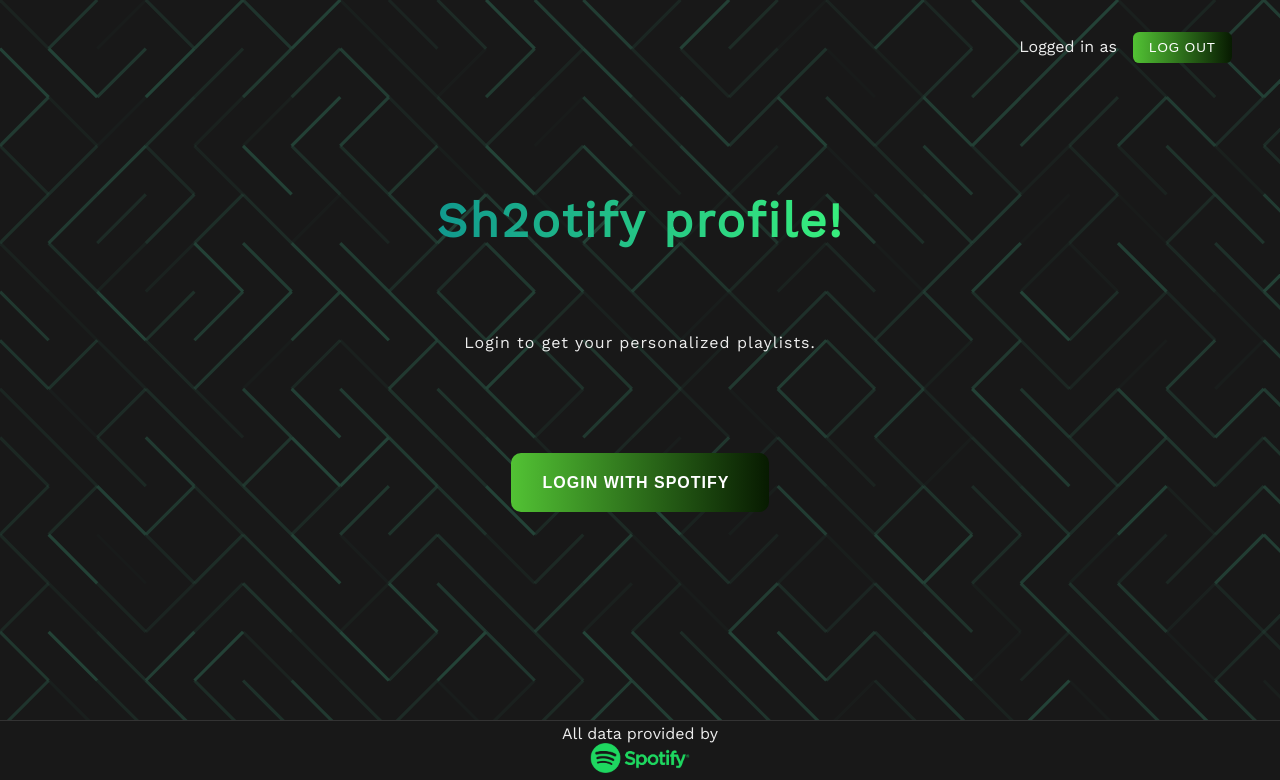
Repository: kirpister/Spotify-profile
Page: /
An editor plug-in stored every save of this project. The page is shown before and after the next save, followed by the edit.
The browser window is 1280 px wide. The pictures show the whole page.
The project was rebuilt for these pictures with package versions that can differ from the ones it lists, and the page was loaded fresh each time.

Above is the page before, as saved 2023-03-08 10:57:09.

### public/index.html
<!DOCTYPE html>
<html lang="en">
  <head>
    <meta charset="utf-8" />
    <link rel="icon" href="%PUBLIC_URL%/favicon.ico" />
    <meta name="viewport" content="width=device-width, initial-scale=1" />
    <meta name="theme-color" content="#000000" />
    <meta
      name="description"
      content="Web site created using create-react-app"
    />

    <title>Own Spotify App</title>
  </head>
  <body>
    <noscript>You need to enable JavaScript to run this app.</noscript>
    <div id="root"></div>
  </body>
</html>

### src/index.tsx
import ReactDOM from "react-dom/client";
import "./index.css";
import App from "./App";
const root = ReactDOM.createRoot(
  document.getElementById("root") as HTMLElement
);
root.render(<App />);

### src/index.css
@import url("https://fonts.googleapis.com/css2?family=Work+Sans&display=swap");

* {
  margin: 0;
  padding: 0;
  overscroll-behavior: none;
  box-sizing: border-box;
}

body {
  background: #181818;
  color: rgb(237, 237, 237);
  font-family: "Work Sans", sans-serif;
}

h2 {
  letter-spacing: 2px;
  font-size: 3rem;
  background: linear-gradient(to right, #11998e, #38ef7d);
  -webkit-background-clip: text;
  -webkit-text-fill-color: transparent;
  background-clip: text;
  color: transparent;
}

h3 {
  font-size: 1.5rem;
  margin-bottom: 3rem;
  margin-left: 1rem;
  letter-spacing: 2px;
}

h4 {
  text-align: center;
}

p {
  display: inline-block;
}

li p {
  font-size: 1.2rem;
}

li {
  list-style: decimal;
  font-size: 1.3rem;
}

a {
  color: #fff;
}

.heading {
  backdrop-filter: blur(10px);
  padding: 1rem;
}

footer {
  border-top: 1px solid #333;
  padding: 0.2rem;
  text-align: center;
}

footer img {
  width: 100px;
  height: auto;
}

/* BUTTONS */

button p {
  font-weight: bold;
  font-family: Arial, Helvetica, sans-serif;
  margin-right: 0.5rem;
  font-size: 1rem;
}

button {
  background-image: linear-gradient(
    to right,
    #52c234 0%,
    #061700 51%,
    #52c234 100%
  );
  margin: 1rem;
  padding: 1rem 2rem;
  text-transform: uppercase;
  transition: 0.5s;
  background-size: 200% auto;
  color: white;
  border-radius: 10px;
  border: none;
  font-family: "Rubik", sans-serif;
  letter-spacing: 1px;
}

button:hover {
  background-position: right center; /* change the direction of the change here */
  color: #fff;
  text-decoration: none;
}

.log-out {
  position: absolute;
  right: 2rem;
  top: 1rem;
}

.log-out button {
  border-radius: 0.4rem;
  padding: 0.5rem 1rem 0.5rem 1rem;
  border: none;
  background-color: transparent;
  letter-spacing: 1px;
  color: white;
}

### src/App.tsx
import Footer from "./Footer";
import Spotify from "./Spotify";

const App = () => {

  return (
    <div className="App">
      <Spotify />
      <Footer />
    </div>
  );
};

export default App;

### src/Footer.tsx
import React from 'react';
import SpotifyLogo from './assets/Spotify_Logo.png';

const Footer: React.FC = () => {
    return (
        <footer>
           <p>All data provided by</p>
           <a href="https://www.spotify.com/fi/signup" target="_blank" rel="noreferrer"><div className='logo-box'><img src={SpotifyLogo} alt="SpotifyLogo" /></div></a>
        </footer>
    );
};

export default Footer;

### src/Spotify.tsx
import React, { useState, useEffect } from "react";
import queryString from "query-string";
import axios from "axios";

import "./App.css";

const scopes = [
  "user-read-playback-state",
  "user-library-read",
  "user-top-read",
];

interface User {
  id: string;
  display_name: string;
  email: string;
  images: { url: string }[];
}

interface Artist {
  id: string;
  name: string;
  images: { url: string }[];
}

interface Track {
  id: string;
  name: string;
  album: { images: { url: string }[] };
  artists: { name: string }[];
}

interface CurrentTrack {
  item: {
    name: string;
    artists: { name: string }[];
  };
}

const Spotify: React.FC = () => {
  const [token, setToken] = useState<string>("");
  const [userData, setUserData] = useState<User>();
  const [currentTrack, setCurrentTrack] = useState<CurrentTrack | null>(null);
  const [artists, setArtists] = useState<Artist[]>([]);
  const [tracks, setTracks] = useState<Track[]>([]);

  // AUTH

  const handleLogin = () => {
    const redirectToSpotify = `https://accounts.spotify.com/authorize?client_id=${
      process.env.REACT_APP_CLIENT_ID
    }&redirect_uri=${process.env.REACT_APP_REDIRECT_URI}&scope=${scopes.join(
      "%20"
    )}&response_type=token`;
    window.location.href = redirectToSpotify;
  };

  useEffect(() => {
    const token = queryString.parse(window.location.hash).access_token;
    if (token) {
      setToken(token as string);
    }
    window.location.hash = "";
  }, []);

  // API CALLS

  useEffect(() => {
    if (!token) return;

    const getUserData = async () => {
      const response = await axios.get<User>("https://api.spotify.com/v1/me", {
        headers: { Authorization: `Bearer ${token}` },
      });
      setUserData(response.data);
    };

    const getCurrentTrack = async () => {
      const response = await axios.get<CurrentTrack>(
        "https://api.spotify.com/v1/me/player/currently-playing",
        {
          headers: {
            Authorization: `Bearer ${token}`,
          },
        }
      );
      setCurrentTrack(response.data);
    };

    const getTopTracks = async () => {
      const response = await axios.get<{ items: Track[] }>(
        "https://api.spotify.com/v1/me/top/tracks?time_range=medium_term&limit=5",
        {
          headers: {
            Authorization: `Bearer ${token}`,
          },
        }
      );
      setTracks(response.data.items);
    };

    const getTopArtists = async () => {
      const response = await axios.get<{ items: Artist[] }>(
        "https://api.spotify.com/v1/me/top/artists?time_range=medium_term&limit=5",
        {
          headers: {
            Authorization: `Bearer ${token}`,
          },
        }
      );
      setArtists(response.data.items);
    };

    getCurrentTrack();
    getTopTracks();
    getTopArtists();
    getUserData();
  }, [token]);

  return (
    <>
      <div className="wrapper">
        <header>
          <div className="log-out">
            <p>
              Logged in as <a href="/">{userData?.display_name}</a>
            </p>
            <a href="https://accounts.spotify.com/fi/status">
              <button>Log Out</button>
            </a>
          </div>
        </header>
        {token ? (
          <div className="wrapper">
            <div className="header-img">
              <h2 className="heading">
                Hello, <span>{userData?.display_name}</span>
              </h2>
            </div>
            {currentTrack ? (
              <div className="current-track">
                <p>
                  Now playing:{" "}
                  <span>
                    {currentTrack.item.name} by{" "}
                    {currentTrack.item.artists[0].name}
                  </span>
                </p>
              </div>
            ) : (
              <h4>Loading current track...</h4>
            )}
            <div className="top-div">
              <div className="top-artists">
                <h3>Top Artists</h3>
                {artists.map((artist) => (
                  <div className="list-div" key={artist.id}>
                    <img src={artist.images[0].url} alt={artist.name} />
                    <p>{artist.name}</p>
                  </div>
                ))}
              </div>

              <div className="top-tracks">
                <h3>Top Tracks</h3>
                {tracks.map((track) => (
                  <div className="list-div" key={track.id}>
                    <img src={track.album.images[0].url} alt={track.name} />
                    <p>{track.artists[0].name} -</p>
                    <span>{track.name}</span>
                  </div>
                ))}
              </div>
            </div>
          </div>
        ) : (
          // MAIN PAGE BEFORE AUTH

          <div className="intro">
            <h2 className="header">Sh2otify profile!</h2>
            <p className="intro-text">
              Login to get your personalized playlists.
            </p>
            <button onClick={handleLogin}>
              <p>Login with Spotify</p>
            </button>
          </div>
        )}
      </div>
    </>
  );
};

export default Spotify;

### src/App.css
  /* CURRENT TRACK */

.header-img {
  background-image: url(./assets/nnneon.svg);
  height: 35vh;
  background-repeat: no-repeat;
  background-position: center;
  display: flex;
  justify-content: center;
  align-items: center;
}

.heading {
  filter: drop-shadow(2px 1px 2px rgb(32, 32, 32));
  text-align: center;
}

.current-track {
  text-align: center;
  border: 1px solid rgb(118, 255, 118);
  border-radius: .5rem;
  width: fit-content;
  padding: .3rem 1.2rem .3rem 1.2rem;
  margin: 0 auto;
}

.current-track p {
  font-weight: bold;
}

.current-track span {
  color: rgb(118, 255, 118);
  font-weight: normal;
}


/* LANDING PAGE */

.intro {
  background-image: url(./assets/ttten.svg);
  background-size: cover;
  height: 100vh;
  display: flex;
  flex-direction: column;
  justify-content: center;
  align-items: center;
}

.intro-text {
  width: 40vw;
  margin: 5rem;
}

.intro p {
  letter-spacing: 1px;
  line-height: 1.7;
  text-align: center;
}

/* TOP ARTISTS */

.artist {
  font-weight: bold;
}

.top-artists {
  display: flex;
  flex-direction: column;
}

.top-artists img {
  width: 60px;
  height: 60px;
  margin: -5px;
  margin-left: .1rem;
  border-radius: 50%;
}

/* TOP TRACKS */

.top-tracks img {
  width: 60px;
  height: auto;
  margin-top: .5rem;
}

.top-tracks span {
  margin-left: .5rem;
}

/* TRACKS & ARTISTS */

.top-div {
  margin: 5rem;
  display: flex;
  justify-content: space-around;
}

.list-div {
  display: flex;
  align-items: center;
  margin: 1rem;
}

.top-tracks p {
  margin-left: 1rem;
}

.top-artists p {
  margin-left: 2rem;
}

.top-artists,
.top-tracks {
  /* border: 1px solid #1db9548a; */
  border-radius: 1rem;
  background-color: #25252587;
  width: 45vw;
  padding: 1.5rem;
  margin: 1rem;
}


/* MOBILE */

@media screen and (max-width: 600px) {


  .intro h2 {
    font-size: 2rem;
    text-align: center;
  }

  .top-div {
    display: flex;
    flex-direction: column;
    justify-content: center;
    align-items: center;

  }

  .top-artists,
  .top-tracks,
  .list-div {
    width: 95vw;
    padding: 0;
  }

  .top-div p, span {
    font-size: .7rem;
  }

  .top-div img {
    width: 50px;
    height: 50px;
  }

  h3 {
    text-align: center;
  }

  .top-artists p {
    padding-left: 1rem;
  }

  .current-track p, span {
    font-size: 0.7rem;
  }
}

After the next save:
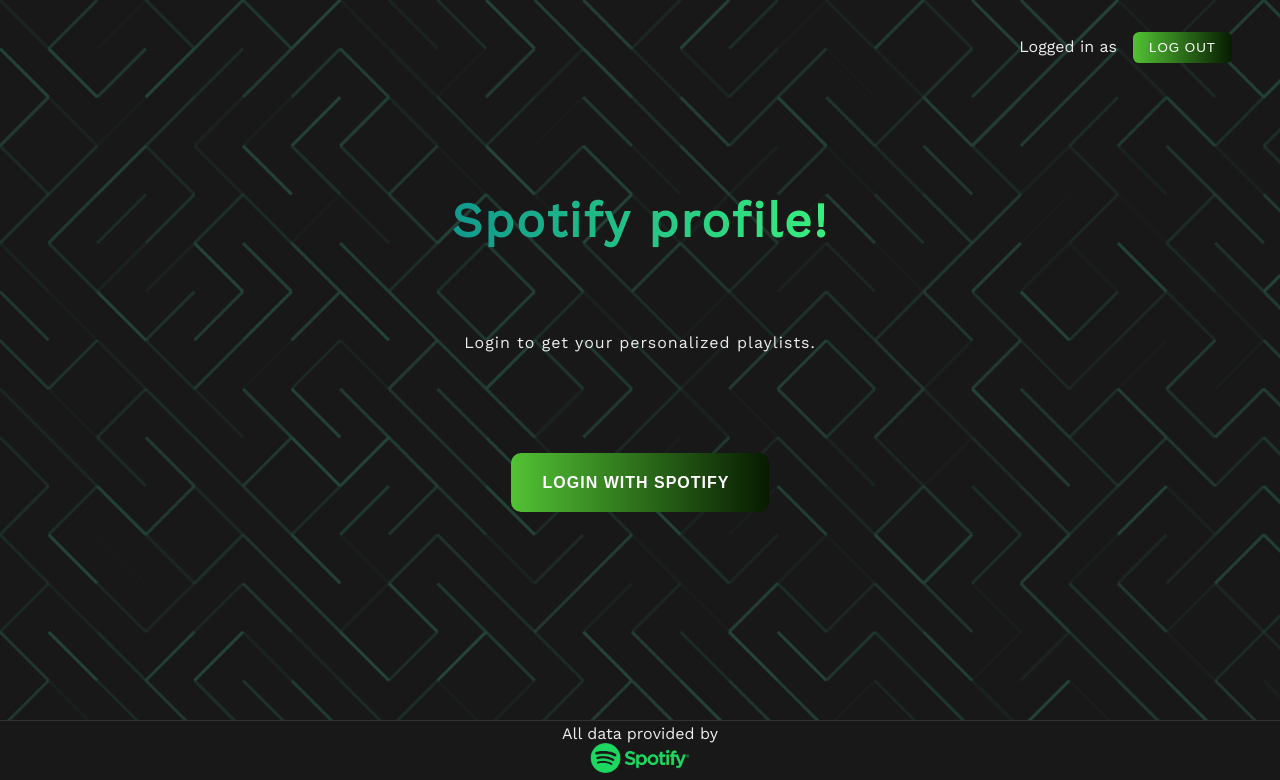
Saved 6 s later.
--- a/src/Spotify.tsx
+++ b/src/Spotify.tsx
@@ -177,7 +177,7 @@
           // MAIN PAGE BEFORE AUTH
 
           <div className="intro">
-            <h2 className="header">Sh2otify profile!</h2>
+            <h2 className="header">Spotify profile!</h2>
             <p className="intro-text">
               Login to get your personalized playlists.
             </p>
